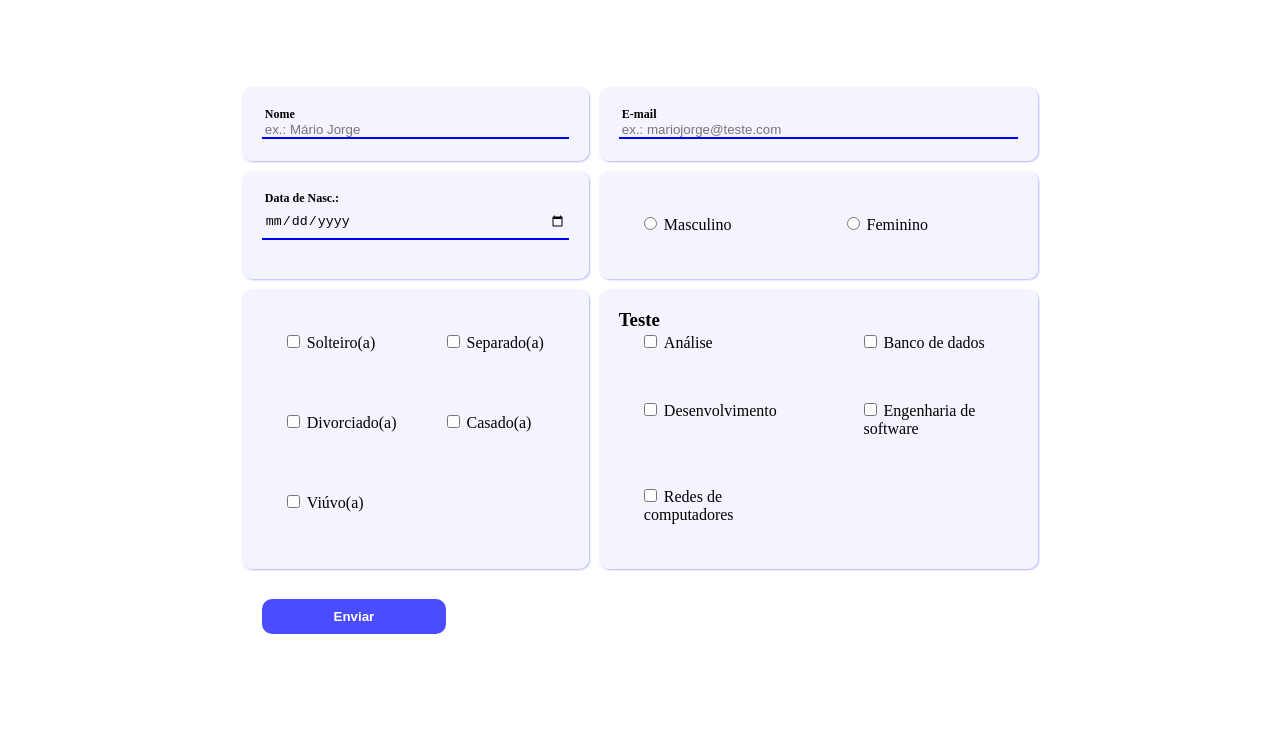
Repository: mjRibeiroTriscal/UVA_Projects
Page: Proj_A1_AVA2_2020_1/index.html
The author's editor kept a copy of each file at every save. The page is drawn from the files as they stood at one save, then again after the next save.
The browser window is 1280 px wide. The pictures show the whole page.

Above is the page before, as saved 2020-03-13 14:25:03.

### Proj_A1_AVA2_2020_1/index.html
<!--
*   @project     A1_AVA2_UVA_2020_1
*   @author      Mário Jorge (mariojgmaster@yahoo.com.br)
*   @Git         MJRibeiroTriscal (https://github.com/mjRibeiroTriscal)
-->

<html>

<head>
    <meta charset="UTF-8">
    <title>Tell Me About You</title>
    <!-- <link rel="icon" href="./favicon.png" sizes="16x16 32x32" type="image/png"> -->
    <script src="./script.js"></script>
    <link rel="stylesheet" href="./style.css" />
</head>

<body>
    <div id="container">

        <header>

        </header>

        <section>

            <form class="gridContainer" name="formUva" action="http://google.co">

                <div class="gridItem blockContainer">
                    <label for="nome" class="labelFirst">Nome</label>
                    <input id="nome" type="text" name="nome" placeholder="ex.: Mário Jorge" />
                </div>
                <div class="gridItem blockContainer">
                    <label for="email" class="labelFirst">E-mail</label>
                    <input id="email" type="text" name="email" placeholder="ex.: mariojorge@teste.com" />
                </div>

                <div class="gridItem blockContainer">
                    <label for="dataNasc" class="labelFirst">Data de Nasc.:</label>
                    <input id="dataNasc" type="date" name="dataNasc" />
                </div>

                <div class="gridItem gridContainer blockContainer">
                    <div class="gridItem">
                        <input id="masc" type="radio" name="masc" />
                        <label for="masc">Masculino</label>
                    </div>
                    <div class="gridItem">
                        <input id="fem" type="radio" name="fem" />
                        <label for="fem">Feminino</label>
                    </div>
                </div>

                <div class="gridItem gridContainer blockContainer">
                    <div class="gridItem">
                        <input id="solteiro" type="checkbox" name="estCivil" />
                        <label for="solteiro">Solteiro(a)</label>
                    </div>
                    <div class="gridItem">
                        <input id="separado" type="checkbox" name="estCivil" />
                        <label for="separado">Separado(a)</label>
                    </div>
                    <div class="gridItem">
                        <input id="divorciado" type="checkbox" name="estCivil" />
                        <label for="divorciado">Divorciado(a)</label>
                    </div>
                    <div class="gridItem">
                        <input id="casado" type="checkbox" name="estCivil" />
                        <label for="casado">Casado(a)</label>
                    </div>
                    <div class="gridItem">
                        <input id="viuvo" type="checkbox" name="estCivil" />
                        <label for="viuvo">Viúvo(a)</label>
                    </div>
                </div>

                <div class="gridItem gridContainer blockContainer">
                    <h3 style="position: absolute;">Teste</h3>
                    <div class="gridItem">
                        <input id="analise" type="checkbox" name="analise" />
                        <label for="analise">Análise</label>
                    </div>
                    <div class="gridItem">
                        <input id="bancoDados" type="checkbox" name="bancoDados" />
                        <label for="bancoDados">Banco de dados</label>
                    </div>
                    <div class="gridItem">
                        <input id="desenvolvimento" type="checkbox" name="desenvolvimento" />
                        <label for="desenvolvimento">Desenvolvimento</label>
                    </div>
                    <div class="gridItem">
                        <input id="engenhariaSoftware" type="checkbox" name="engenhariaSoftware" />
                        <label for="engenhariaSoftware">Engenharia de software</label>
                    </div>
                    <div class="gridItem">
                        <input id="redesComputadores" type="checkbox" name="redesComputadores" />
                        <label for="redesComputadores">Redes de computadores</label>
                    </div>
                </div>

                <div class="gridItem itemFlex">
                    <input type="submit" value="Enviar">
                </div>

            </form>

        </section>

        <footer>

        </footer>

</body>

</html>

### Proj_A1_AVA2_2020_1/script.js
/*
 *   @project     A1_AVA2_UVA_2020_1
 *   @author      Mário Jorge (mariojgmaster@yahoo.com.br)
 *   @Git         MJRibeiroTriscal (https://github.com/mjRibeiroTriscal)
 */

### Proj_A1_AVA2_2020_1/style.css
/*
 *   @project     A1_AVA2_UVA_2020_1
 *   @author      Mário Jorge (mariojgmaster@yahoo.com.br)
 *   @Git         MJRibeiroTriscal (https://github.com/mjRibeiroTriscal)
 */

* {
    margin: 0px;
    padding: 0px;
}

html,
body {
    width: 100%;
    height: 100%;
}

#container {
    padding: 10px;
    display: flex;
    align-items: center;
    justify-content: center;
    height: 100%;
}

section {
    width: 80%;
    display: flex;
    align-items: center;
    justify-content: center;
}

section form.gridContainer {
    width: 80%;
}

label.labelFirst {
    font-size: 12px;
    font-weight: bold;
}

label {
    margin-left: 3px;
}

input {
    border: none;
    outline: none;
    box-shadow: 0;
}

input[type=text],
input[type=date] {
    width: 100%;
    height: 50%;
    padding: 1px 3px;
    border-bottom: 2px solid Blue;
    background: none;
}

input[type=submit] {
    width: 60%;
    height: 100%;
    padding: 10px;
    color: #FFF;
    font-weight: bold;
    background-color: rgba(0, 0, 255, 0.7);
    border-radius: 10px;
}

input[type=submit]:active {
    background-color: rgba(0, 0, 255, 0.9);
}

.gridContainer {
    display: grid;
    /* border: 1px solid red; */
    grid-template-columns: auto auto;
}

.gridItem {
    padding: 20px;
    margin: 5px;
}

.blockContainer {
    border-radius: 10px;
    background-color: rgba(240, 240, 255, 0.7);
    box-shadow: 1px 1px 2px rgba(0, 0, 255, 0.1), 1px 1px 2px rgba(0, 0, 255, 0.2);
}

After the next save:
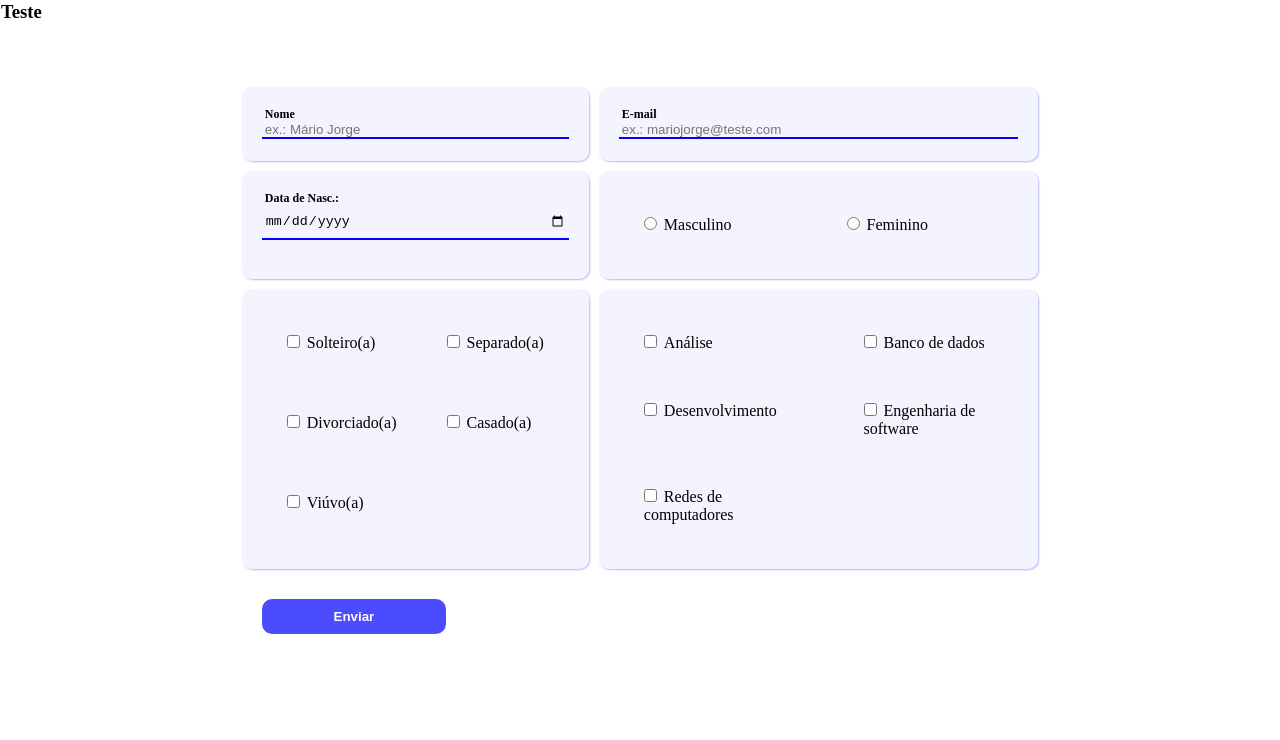
Saved 36 s later.
--- a/Proj_A1_AVA2_2020_1/index.html
+++ b/Proj_A1_AVA2_2020_1/index.html
@@ -74,7 +74,7 @@
                 </div>
 
                 <div class="gridItem gridContainer blockContainer">
-                    <h3 style="position: absolute;">Teste</h3>
+                    <h3 style="position: absolute; left: 1px; top: 1px;">Teste</h3>
                     <div class="gridItem">
                         <input id="analise" type="checkbox" name="analise" />
                         <label for="analise">Análise</label>
